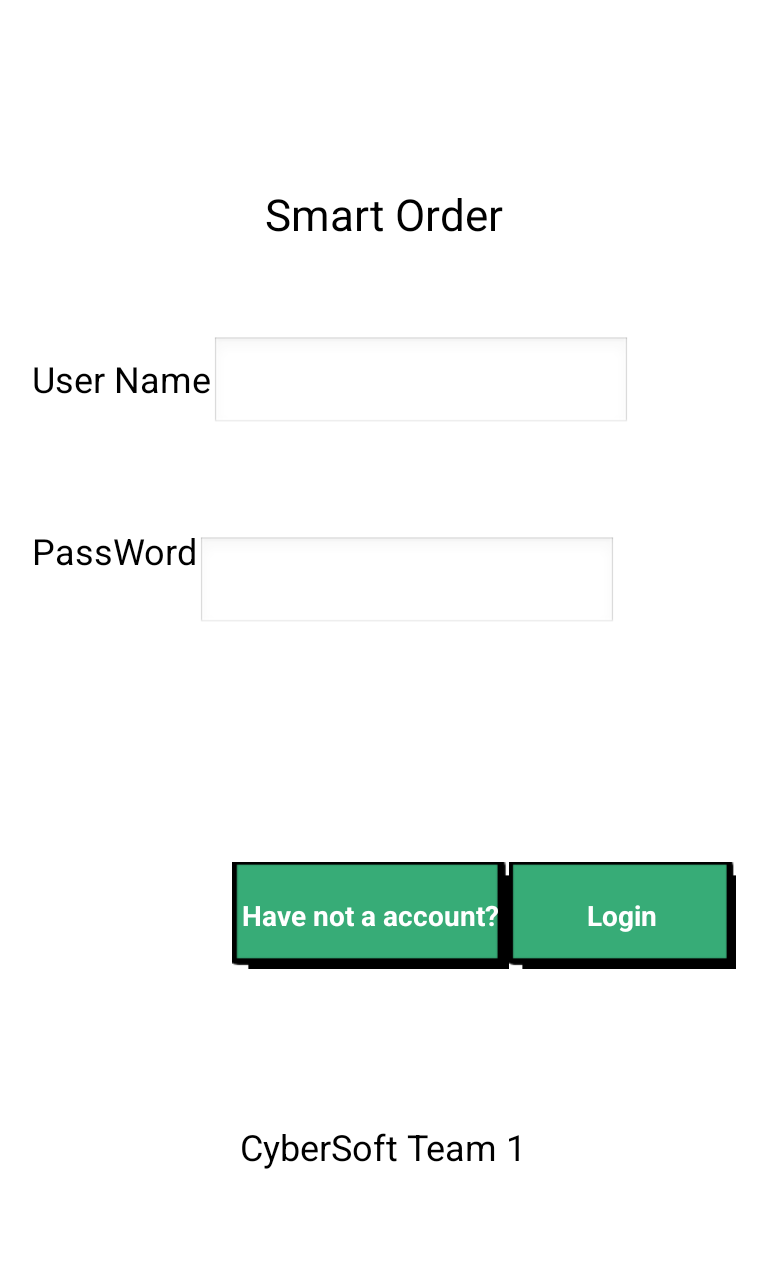
Repository: VanThi/Smart_Order
Layout: Project OS/Project_SO/res/layout/activity_login.xml
The author's editor kept a copy of each file at every save. The layout is drawn from the files as they stood at one save, then again after the next save.
It is drawn on a 768 x 1280 px phone screen (xhdpi) without system bars, with theme android:Theme.Light.NoTitleBar.Fullscreen; the app's code is not run.

Above is the layout before, as saved 2013-11-09 11:24:54.

### Project OS/Project_SO/res/layout/activity_login.xml
<LinearLayout xmlns:android="http://schemas.android.com/apk/res/android"
    xmlns:tools="http://schemas.android.com/tools"
    android:layout_width="match_parent"
    android:layout_height="match_parent"
    android:orientation="vertical"
    android:paddingBottom="@dimen/activity_vertical_margin"
    android:paddingLeft="@dimen/activity_horizontal_margin"
    android:paddingRight="@dimen/activity_horizontal_margin"
    android:paddingTop="@dimen/activity_vertical_margin"
    tools:context=".LoginActivity" >

    <TextView
        android:layout_width="wrap_content"
        android:layout_height="0dip"
        android:layout_gravity="center_horizontal"
        android:layout_weight="2" />

    <TextView
        android:id="@+id/smartOrder"
        android:layout_width="wrap_content"
        android:layout_height="0dip"
        android:layout_gravity="center_horizontal"
        android:layout_weight="2"
        android:text="@string/app_name"
        android:textAppearance="?android:attr/textAppearanceLarge" />

    <LinearLayout
        android:layout_width="wrap_content"
        android:layout_height="wrap_content"
        android:layout_weight="1"
        android:orientation="horizontal" >

        <TextView
            android:id="@+id/tv_userName"
            android:layout_width="wrap_content"
            android:layout_height="wrap_content"
            android:text="@string/userName"
            android:textAppearance="?android:attr/textAppearanceMedium" />

        <EditText
            android:id="@+id/et_userName_login"
            android:layout_width="wrap_content"
            android:layout_height="wrap_content"
            android:ems="10"
            android:inputType="text" />
    </LinearLayout>

    <LinearLayout
        android:layout_width="wrap_content"
        android:layout_height="wrap_content"
        android:layout_weight="3"
        android:orientation="horizontal" >

        <TextView
            android:id="@+id/tv_pass"
            android:layout_width="wrap_content"
            android:layout_height="wrap_content"
            android:text="@string/password"
            android:textAppearance="?android:attr/textAppearanceMedium" />

        <EditText
            android:id="@+id/et_pass_login"
            android:layout_width="wrap_content"
            android:layout_height="wrap_content"
            android:layout_marginTop="14dp"
            android:ems="10"
            android:inputType="textPassword" />
    </LinearLayout>

    <LinearLayout
        android:layout_width="wrap_content"
        android:layout_height="wrap_content"
        android:layout_gravity="right"
        android:layout_weight="2"
        android:orientation="horizontal" >

        <Button
            android:id="@+id/register"
            style="@style/Button"
            android:layout_width="wrap_content"
            android:layout_height="wrap_content"
            android:text="@string/register" />

        <Button
            android:id="@+id/login"
            style="@style/Button"
            android:layout_width="wrap_content"
            android:layout_height="wrap_content"
            android:text="@string/login" />
    </LinearLayout>

    <TextView
        android:id="@+id/cyberTeam"
        android:layout_width="wrap_content"
        android:layout_height="wrap_content"
        android:layout_gravity="center"
        android:layout_weight="1"
        android:text="@string/developer"
        android:textAppearance="?android:attr/textAppearanceMedium" />

</LinearLayout>

### Project OS/Project_SO/res/values/strings.xml
<?xml version="1.0" encoding="utf-8"?>
<resources>

    <string name="app_name">Smart Order</string>
    <string name="action_settings">Settings</string>
    <string name="hello_world">Hello world!</string>
    <string name="menu_item">Menu</string>
    <string name="configuration">View Info</string>
    <string name="viewOrder">View Order</string>
    <string name="logout">Logout</string>
    <string name="exit">Exit</string>
    <string name="userName">User Name</string>
    <string name="password">PassWord</string>
    <string name="address">Address</string>
    <string name="phoneNumber">Phone Number</string>
    <string name="email">Email</string>
    <string name="confirm">Confirm</string>
    <string name="fullName">Full Name</string>
    <string name="register">Have not a account?</string>
    <string name="login">Login</string>
    <string name="developer">CyberSoft Team 1</string>
    <string name="clear">Clear</string>
    <string name="update">Update</string>
    <string name="order">Order</string>
    <string name="save">Save</string>
    <string name="registerForm">Register Form</string>
	<string name="configurationForm">View Info</string>
	<string name="ok">OK</string>
	<string name="back">Back</string>
	<string name="inc">+</string>
	<string name="dec">-</string>

</resources>

### Project OS/Project_SO/res/values/styles.xml
<resources>

    <!--
        Base application theme, dependent on API level. This theme is replaced
        by AppBaseTheme from res/values-vXX/styles.xml on newer devices.
    -->
    <style name="AppBaseTheme" parent="android:Theme.Light">
        <!--
            Theme customizations available in newer API levels can go in
            res/values-vXX/styles.xml, while customizations related to
            backward-compatibility can go here.
        -->
    </style>

    <style name="NoActionBar" parent="@android:style/Theme.Holo.NoActionBar">
        <!-- Inherits the Holo theme with no action bar; no other styles needed. -->
    </style>

    <!-- Application theme. -->
    <style name="AppTheme" parent="AppBaseTheme">
        <!-- All customizations that are NOT specific to a particular API-level can go here. -->
    </style>

    <style name="HeaderBG">
        <item name="android:layout_width">fill_parent</item>
        <item name="android:layout_height">60dp</item>
        <item name="android:background">@drawable/header_bg</item>
        <item name="android:orientation">horizontal</item>
    </style>

    <style name="HeaderText">
        <item name="android:textColor">#FFFFFF</item>
        <item name="android:textSize">22sp</item>
        <item name="android:textStyle">bold</item>
        <item name="android:ellipsize">end</item>
        <item name="android:gravity">center</item>
        <item name="android:singleLine">true</item>
        <item name="android:text">@string/app_name</item>
    </style>

    <style name="Background">
        <item name="android:layout_width">fill_parent</item>
        <item name="android:layout_height">fill_parent</item>
        <item name="android:background">@color/background</item>
        <item name="android:orientation">vertical</item>
    </style>

    <style name="MENU">
        <item name="android:layout_width">fill_parent</item>
        <item name="android:layout_height">63dp</item>
        <item name="android:background">@drawable/menu_bg</item>
        <item name="android:gravity">center_vertical</item>
        <item name="android:padding">10dp</item>
        <item name="android:textColor">#FFFFFF</item>
        <item name="android:textSize">16sp</item>
    </style>

    <style name="TextDescription">
        <item name="android:textColor">@color/black</item>
        <item name="android:textSize">16sp</item>
        <item name="android:typeface">sans</item>
        <item name="android:textStyle">bold</item>
    </style>

    <style name="Text">
        <item name="android:textColor">@color/black</item>
        <item name="android:textSize">14sp</item>
        <item name="android:typeface">sans</item>
    </style>

    <style name="EditText">
        <item name="android:textColor">@color/black</item>
        <item name="android:textSize">14sp</item>
        <item name="android:typeface">sans</item>
        <item name="android:padding">5dp</item>
    </style>

    <style name="Button">
        <item name="android:padding">5dp</item>
        <item name="android:textStyle">bold</item>
        <item name="android:textColor">@color/white</item>
        <item name="android:textSize">14sp</item>
        <item name="android:background">@drawable/btn_bg</item>
        <item name="android:typeface">sans</item>
        <item name="android:layout_width">90dp</item>
        <item name="android:layout_height">40dp</item>
    </style>

    <style name="ButtonRight">
        <item name="android:padding">5dp</item>
        <item name="android:textStyle">bold</item>
        <item name="android:textColor">@color/white</item>
        <item name="android:textSize">14sp</item>
        <item name="android:background">@drawable/btn_bg</item>
        <item name="android:typeface">sans</item>
        <item name="android:layout_width">90dp</item>
        <item name="android:layout_height">40dp</item>
        <item name="android:layout_marginLeft">5dp</item>
    </style>

    <style name="CustomProgressBar" parent="android:Widget.ProgressBar.Horizontal">
        <item name="android:layout_width">200dp</item>
        <item name="android:layout_height">wrap_content</item>
        <item name="android:padding">5dp</item>
        <item name="android:layout_marginRight">10dp</item>
        <item name="android:indeterminateOnly">false</item>
        <item name="android:progressDrawable">@drawable/custom_progress_bar_horizontal</item>
        <item name="android:minHeight">10dip</item>
        <item name="android:maxHeight">20dip</item>
    </style>


</resources>

### Project OS/Project_SO/res/values/colors.xml
<?xml version="1.0" encoding="utf-8"?>
<resources>
	<color name="transparent">#00000000</color>
	<color name="menu_background">#C0C0C0</color>
	<color name="background">#ffffff</color>

	<!-- Process bar -->
	<color name="black">#000000</color>
	<color name="white">#ffffff</color>
	<color name="progressbar">#4b80ce</color>

</resources>

### Project OS/Project_SO/res/drawable/btn_bg.xml
<?xml version="1.0" encoding="utf-8"?>
<selector xmlns:android="http://schemas.android.com/apk/res/android">
    <item android:state_pressed="true"
          android:drawable="@drawable/btn_bg_selected" /> <!-- pressed -->
    <item android:state_focused="true"
          android:drawable="@drawable/btn_bg_selected" /> <!-- focused -->
    <item android:drawable="@drawable/btn_bg_normal" /> <!-- default -->
</selector>

Loaded but not shown: Project OS/Project_SO/res/values/dimens.xml (common file)

After the next save:
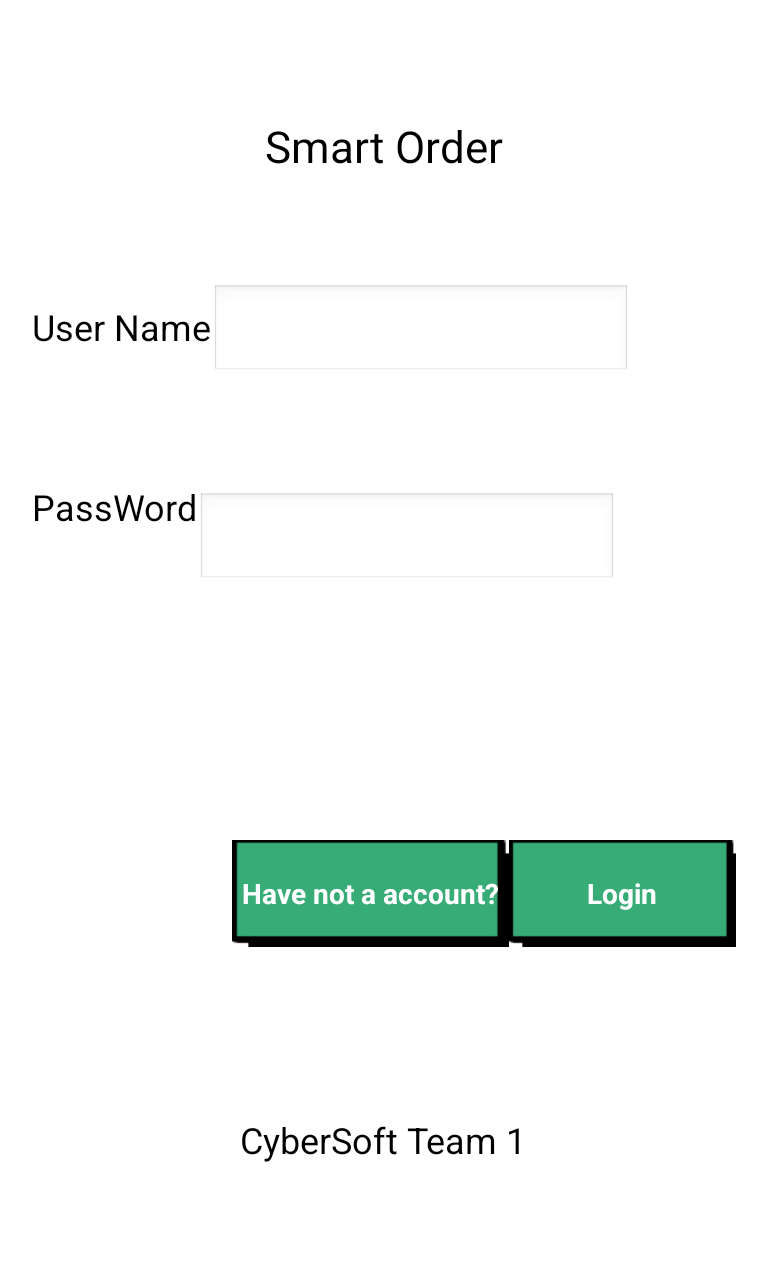
Saved 44 s later.
--- a/Project OS/Project_SO/res/layout/activity_login.xml
+++ b/Project OS/Project_SO/res/layout/activity_login.xml
@@ -13,7 +13,7 @@
         android:layout_width="wrap_content"
         android:layout_height="0dip"
         android:layout_gravity="center_horizontal"
-        android:layout_weight="2" />
+        android:layout_weight="1" />
 
     <TextView
         android:id="@+id/smartOrder"
